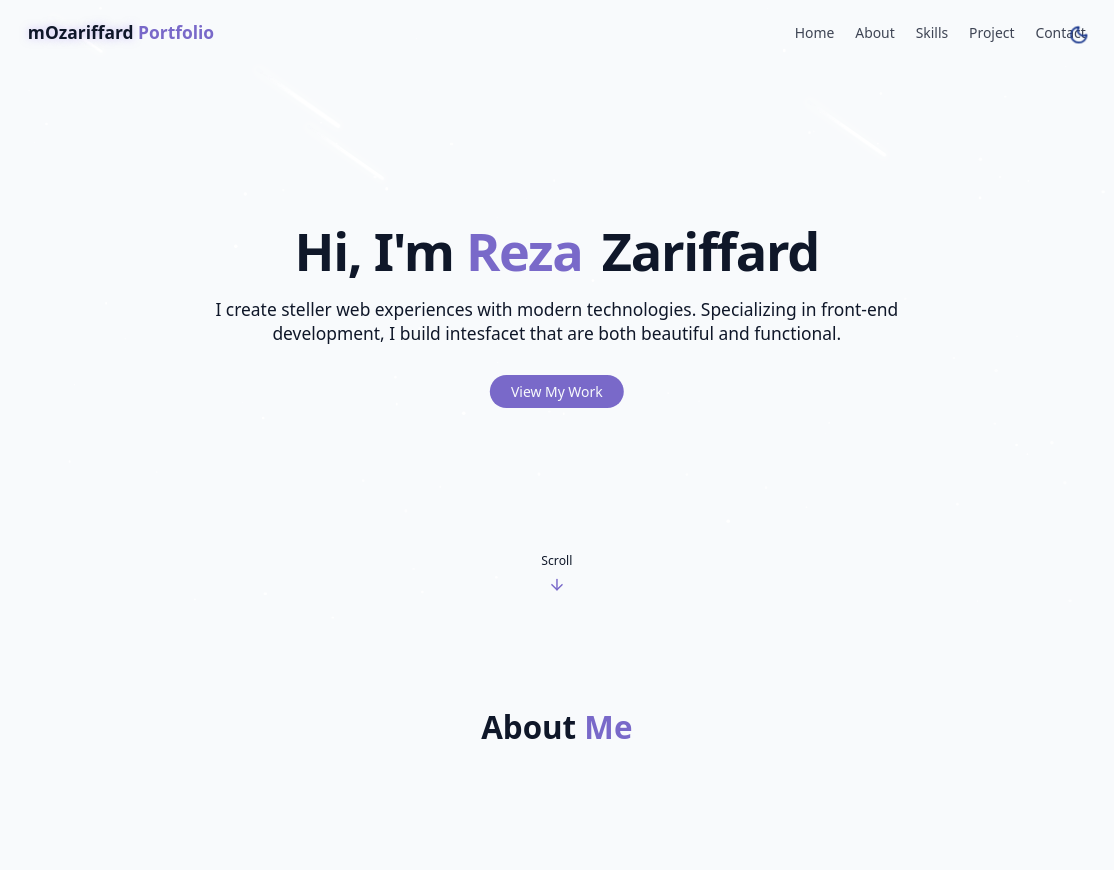
Repository: mOzariffard/Portfolio
Page: /
These files come from the project's save history. The page is drawn as it stood at one moment and after the next save; the edit follows.
The browser window is 1280 px wide. The pictures show the whole page, at 87% of full size.
The project was rebuilt for these pictures with package versions that can differ from the ones it lists, and the page was loaded fresh each time. Also part of the build but not shown: vite.config.js, src/pages/NotFound.jsx.

Above is the page before, as saved 2025-06-29 14:32:45.

### src/App.jsx
import  Home from "./pages/Home"
import { BrowserRouter, Route, Routes } from "react-router-dom"
import NotFound from "./pages/NotFound"


function App() {

  return (
    <>
    <BrowserRouter>
    <Routes>
      <Route index element={<Home />} />
      <Route path="*" element={<NotFound />} />
    </Routes>
    </BrowserRouter>
    </>
  )
}

export default App

### src/pages/Home.jsx
import React from 'react'
import ThemeToggle from '@/components/ThemeToggle'
import StartBackground from '@/components/StartBackground'
import Navbar from '@/components/Navbar'
import HeroSection from '@/components/HeroSection'
import AboutSection from '@/components/AboutSection'

const Home = () => {
  return (
    <div className='min-h-screen bg-background text-foreground overflow-x-hidden'>
        {/*----------------Theme Toggle----------------*/}
        <ThemeToggle />
        {/*----------------Background Effects----------------*/}
        <StartBackground/>
        {/*----------------Nav Bar----------------*/}
        <Navbar/>
        {/*----------------Main Content----------------*/}
        <main>
        <HeroSection />
        <AboutSection />
        </main>
        {/*----------------Footer----------------*/}


    </div>
  )
}

export default Home

### src/components/ThemeToggle.jsx
import React, { useEffect, useState } from 'react'
import { Sun, Moon } from 'lucide-react'
import { cn } from '@/lib/utils';
const ThemeToggle = () => {
    const [isDarkMode, setIsDarkMode]= useState(false);

    useEffect(()=>{
        const storedTheme= localStorage.getItem('theme');
        if(storedTheme=== 'dark'){
            setIsDarkMode(true);
            document.documentElement.classList.add('dark');
        }else{
            localStorage.setItem('theme', 'light');
            setIsDarkMode(false);
        }
    },[])
    const toggleTheme=()=>{
        if(isDarkMode){
            document.documentElement.classList.remove('dark');
            localStorage.setItem('theme', 'light');
            setIsDarkMode(false);
        }else{
            document.documentElement.classList.add('dark');
            localStorage.setItem('theme', 'dark');
            setIsDarkMode(true);
        }
    }
  return (
    <button onClick={toggleTheme} className={cn(
        "fixed max-sm:hidden top-5 right-5 z-50 p-2 rounded-full transition-colors duration-300",
        "focus:outline-hidden")}>
        {isDarkMode ? <Sun className='h-6 w-6 text-yellow-300'/> : <Moon className='h-6 w-6 text-blue-900' />}
    </button>
  )
}

export default ThemeToggle

### src/components/StartBackground.jsx
import React, { useEffect, useState } from 'react'

// START has
// ID , SIZE , X , Y , OPACITY , ANIMATION DURATION
// METEOR has
// ID , SIZE , X , Y , DELAY , DURATION

const StartBackground = () => {
    const [stars,setStars]=useState([]);
    const [meteors,setMeteors]=useState([]);

    useEffect(()=>{
        generateStars();
        generateMeteors();

        const handleResize = ()=>{
            generateStars();
        };

        window.addEventListener('resize', handleResize);

        return ()=> window.removeEventListener('resize', handleResize);

    },[])

    const generateStars = () =>{
        const numbersOfStars = Math.floor(window.innerWidth * window.innerHeight /10000);

        const newStars=[];

        for(let i=0; i<numbersOfStars; i++){
            newStars.push({
                id: i,
                size: Math.random()* 3 + 1,
                x: Math.random()*100 ,
                y:  Math.random()*100,
                opacity: Math.random()*0.5 +0.5 ,
                animationDuration: Math.random()*4+2 ,
            });
        }

        setStars(newStars);
    };

    const generateMeteors = () =>{
        const numbersOfMeteors = 4;

        const newMeteors=[];

        for(let i=0; i<numbersOfMeteors; i++){
            newMeteors.push({
                id: i,
                size: Math.random()* 2 + 1,
                x: Math.random()* 100 ,
                y:  Math.random()* 20,
                delay: Math.random()* 15 ,
                animationDuration: Math.random()*3+3 ,
            });
        }

        setMeteors(newMeteors);
    };


  return (
    <div className='fixed inset-0 overflow-hidden pointer-events-none z-0 '>
        {stars.map((star)=>(
            <div
            key={star.id}
                className='star animate-pluse-subtle' style={{
                width:`${star.size}px` ,
                height: `${star.size}px`,
                left: `${star.x}%`,
                top: `${star.y}%`,
                opacity:`${star.opacity}` ,
                animationDuration: `${star.animationDuration}s`
            }} />
        ))}

        {meteors.map((meteor)=>(
            <div
            className='meteor animate-meteor'
            key={meteor.id}
            style={{
                width: `${meteor.size* 50}px`,
                height: `${meteor.size * 2}px`,
                left: `${meteor.x}%`,
                top: `${meteor.y}%`,
                animationDelay: `${meteor.delay}`,
                animationDuration: `${meteor.duration}s`
            }}
            />
        ))}
    </div>
  )
}

export default StartBackground

### src/components/Navbar.jsx
import React, { useState, useEffect } from 'react';
import { cn } from '@/lib/utils';
import { X , Menu } from 'lucide-react';

const navItems = [
    { name: 'Home', href: '#hero' },
    { name: 'About', href: '#about' },
    { name: 'Skills', href: '#skills' },
    { name: 'Project', href: '#project' },
    { name: 'Contact', href: '#contact' },
];

const Navbar = () => {
    const [isScrolled, setIsScrolled] = useState(false);
    const [isMenuOpen, setIsMenuOpen] = useState(false);

    useEffect(() => {
        const handleScroll = () => {
            setIsScrolled(window.scrollY > 10);
        };

        window.addEventListener('scroll', handleScroll);

        return () => window.removeEventListener('scroll', handleScroll);
    }, []);

    return (
        <nav
            className={cn(
                'fixed w-full z-40 transition-all duration-300',
                isScrolled ? 'py-3 bg-background/80 backdrop-blur-md shadow-xs' : 'py-6'
            )}
        >
            <div className="container flex items-center justify-between">
                <a href="#hero" className="text-xl font-bold text-primary flex items-center">
                    <span className="relative z-10">
                        <span className="text-glow text-foreground">mOzariffard</span> Portfolio
                    </span>
                </a>

                {/* DESKTOP NAV */}
                <div className="hidden md:flex space-x-6">
                    {navItems.map((item, key) => (
                        <a
                            key={key}
                            href={item.href}
                            className="text-foreground/80 hover:text-primary transition-colors duration-300"
                        >
                            {item.name}
                        </a>
                    ))}
                </div>

                {/* MOBILE NAV */}
                <button onClick={() => setIsMenuOpen((prev)=> !prev)}
                className='md:hidden p-2 text-foreground z-50'
                aria-label={!isMenuOpen ? 'Close Menu': 'Open Menu'}
                >
                {isMenuOpen ? <X size={24} /> : <Menu size={24} />}
                </button>

                <div
                    className={cn(
                        'fixed inset-0 bg-background/90 backdrop-blur-md z-40 flex flex-col items-center justify-center',
                        'transition-all duration-300 md:hidden',
                        isMenuOpen ? 'opacity-100 pointer-events-auto' : 'opacity-0 pointer-events-none'
                    )}
                >
                    <div className="flex flex-col space-y-8 text-xl">
                        {navItems.map((item, key) => (
                            <a
                                key={key}
                                href={item.href}
                                className="text-foreground/80 hover:text-primary transition-colors duration-300"
                                onClick={() => setIsMenuOpen(false)}
                            >
                                {item.name}
                            </a>
                        ))}
                    </div>
                </div>
            </div>
        </nav>
    );
};

export default Navbar;

### src/components/HeroSection.jsx
import { ArrowDown } from 'lucide-react'
import React from 'react'

const HeroSection = () => {
  return (
    <section className='relative min-h-screen flex flex-col items-center justify-center px-4'>
        <div className='container max-w-4xl mx-auto text-center z-10'>
            <div className='space-y-6'>
                <h1 className='text-4xl md:text-6xl font-bold tracking-tight'>
                <span className='opacity-0 animate-fade-in' >Hi, I'm</span>
                <span className='text-primary opacity-0 animate-fade-in-delay-1'> Reza</span>
                <span className='text-gradient ml-2 opacity-0 animate-fade-in-delay-2'> Zariffard</span>
                </h1>
                <p className='text-lg md:text-xl text-muted-foreground max-2-2xl mx-auto opacity-0 animate-fade-in-delay-3'>
                    I create steller web experiences with modern technologies.
                    Specializing in front-end development, I build intesfacet
                    that are both beautiful and functional.
                </p>
                <div className='pt-4 opacity-0 animate-fade-in-delay-4'>
                    <a href="#projects" className='cosmic-button'> View My Work</a>
                </div>
            </div>
        </div>

        <div className='absolute bottom-8 left-1/2 transform -translate-x-1/2 flex flex-col items-center animate-bounce'>
        <span className='text-sm text-muted-forgeround mb-2'> Scroll</span>
        <ArrowDown className='h-5 w-5 text-primary'/>
        </div>
    </section>
  )
}

export default HeroSection

### src/components/AboutSection.jsx
import React from 'react'

const AboutSection = () => {
  return (
    <section id='about' className='py-24 px-4 relative'>
      <div className='container mx-auto max-w-5xl'>
        <h2 className='text-3xl md:text-4xl font-bold mb-12 text-center'>
          About <span className='text-primary'>Me</span>
        </h2>
      </div>

      <div className='grid grid-cols-1 md:grid-cols-2 gap-12 items-center'>

      </div>
    </section>
  )
}

export default AboutSection

### src/lib/utils.js
import {clsx} from 'clsx';
import { twMerge } from 'tailwind-merge';



export const cn= (...inputs)=>{
    return twMerge(clsx(inputs));
}

Loaded but not shown: index.html (common file); src/main.jsx (common file); src/index.css (common file)

After the next save:
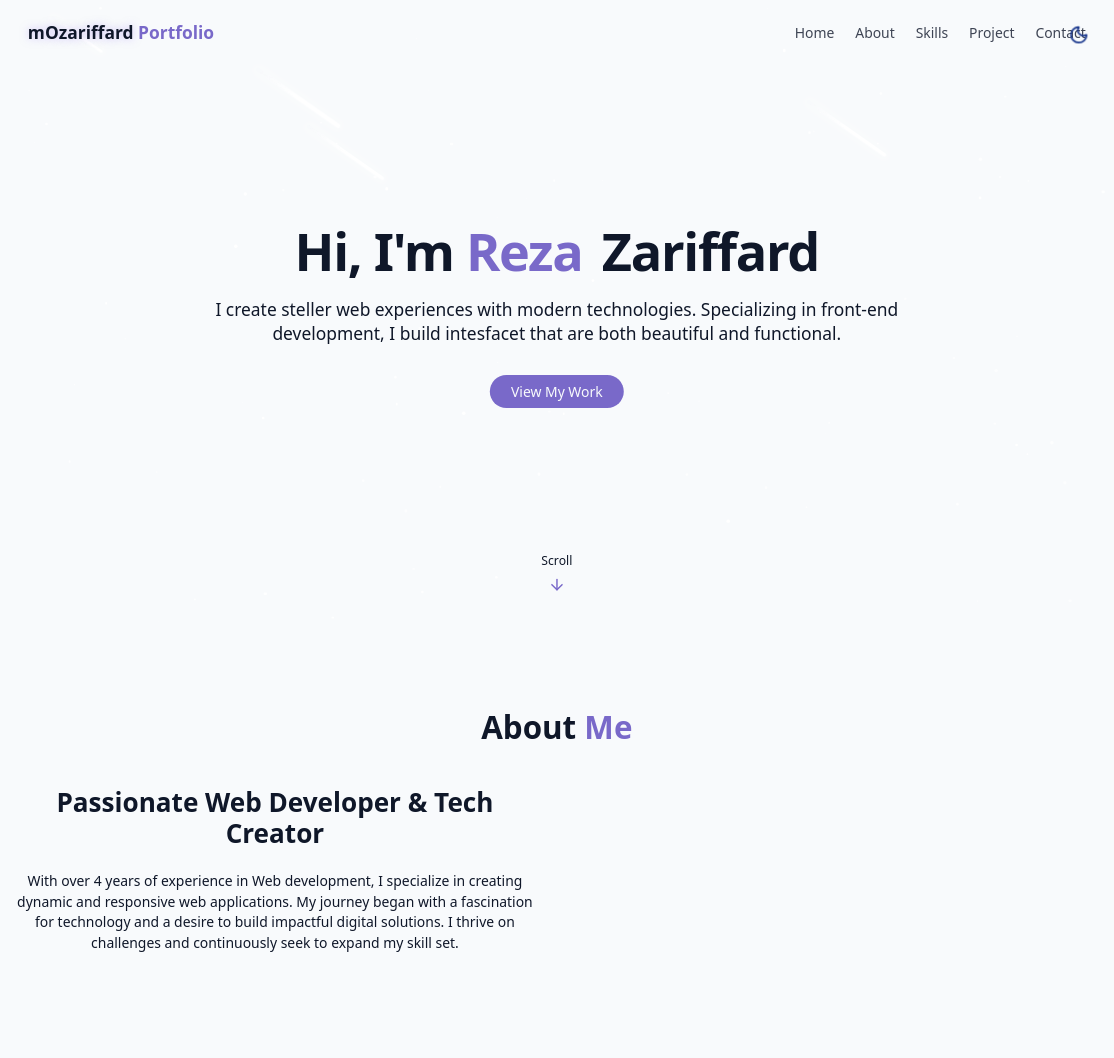
Saved 4 min 41 s later.
--- a/src/components/AboutSection.jsx
+++ b/src/components/AboutSection.jsx
@@ -10,7 +10,23 @@ const AboutSection = () => {
       </div>
 
       <div className='grid grid-cols-1 md:grid-cols-2 gap-12 items-center'>
+        <div className='space-y-6'>
+          <h3 className='text-2xl md:text-3xl font-semibold'>
+            Passionate Web Developer & Tech Creator
+          </h3>
 
+          <p className='text-muted-foreground'>
+            With over 4 years of experience in Web development,
+            I specialize in creating dynamic and responsive web applications.
+            My journey began with a fascination for technology and a desire to
+            build impactful digital solutions. I thrive on
+            challenges and continuously seek to expand my skill set.
+          </p>
+
+          <p>
+
+          </p>
+        </div>
       </div>
     </section>
   )
